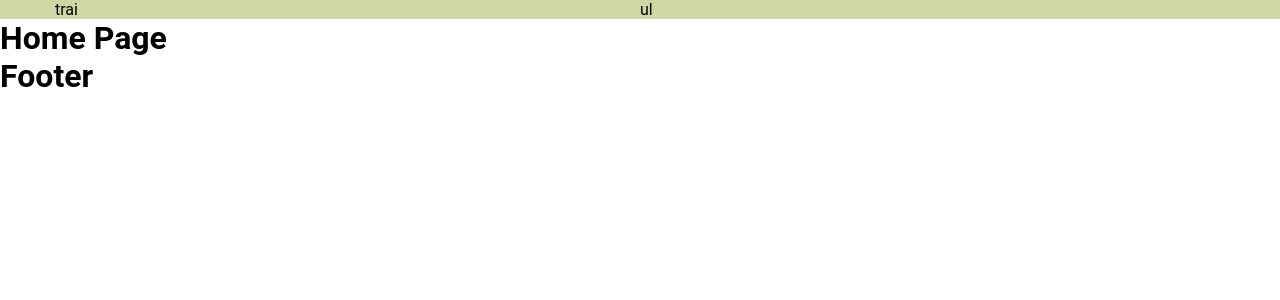
Repository: anhcanh1007/show_product
Page: /
An editor plug-in stored every save of this project. The page is shown before and after a run of saves, followed by the edit.
The browser window is 1280 px wide. The pictures show the whole page.
The project was rebuilt for these pictures with package versions that can differ from the ones it lists, and the page was loaded fresh each time. Imported but missing from the stored project, and not drawn on this page: src/pages/user/profilePage.

Above is the page before, as saved 2024-01-25 13:32:21.

### src/index.js
import React from "react";
import ReactDOM from "react-dom/client";
import { BrowserRouter } from "react-router-dom";
import RouterCustom from "./router";
import "./style/style.scss";

const root = ReactDOM.createRoot(document.getElementById("root"));
root.render(
  <BrowserRouter>
    <RouterCustom />
  </BrowserRouter>
);

// If you want to start measuring performance in your app, pass a function
// to log results (for example: reportWebVitals(console.log))
// or send to an analytics endpoint. Learn more: https://bit.ly/CRA-vitals

### src/router.js
import { ROUTERS } from "./utils/router";
import HomePage from "./pages/user/homePage";
import ProfilePage from "./pages/user/profilePage";
import { Route, Routes } from "react-router-dom";
import MasterLayout from "./pages/user/theme/masterLayout";

const renderUserRouter = () => {
  const userRouters = [
    {
      path: ROUTERS.USER.HOME,
      component: <HomePage />,
    },
    {
      path: ROUTERS.USER.PROFILE,
      component: <ProfilePage />,
    },
  ];

  return (
    <MasterLayout>
      <Routes>
        {userRouters.map((item, key) => (
          <Route key={key} path={item.path} element={item.component} />
        ))}
      </Routes>
    </MasterLayout>
  );
};

const RouterCustom = () => {
  return renderUserRouter();
};

export default RouterCustom;

### src/style/style.scss
@import './pages/all';

### src/utils/router.js
export const ROUTERS = {
  USER: {
    HOME: "",
    PROFILE: "thong-tin-ca-nhan",
  },
};

### src/pages/user/homePage/index.js
import { memo } from "react";

const HomePage = () => {
  return <h1>Home Page</h1>;
};

export default memo(HomePage);

### src/pages/user/theme/masterLayout/index.js
import { memo } from "react";
import Header from "../header";
import Footer from "../footer";

const MasterLayout = ({ children, ...props }) => {
  return (
    <div {...props}>
      <Header />
      {children}
      <Footer />
    </div>
  );
};

export default memo(MasterLayout);

### src/style/pages/_all.scss
@use "sass:map";
@import './theme';

html, body {
    margin: 0;
}

* {
    font-family: Roboto;
    padding: 0;
    margin: 0;
}

.container {
    max-width: 1170px;
    width: 100%;
    padding-left: 15px;
    padding-right: 15px;
    // background: map.get($theme-colors, "main");
    margin: auto;
}

.row {
    display: flex;
    flex-wrap: wrap;
}

.col-6 {
    flex: 0 0 50%;
    max-width: 50%;
}

### src/style/pages/_theme.scss
$theme-colors : (
    "main" : #008874,
)

### src/pages/user/theme/header/index.js
import { memo } from "react";
import "./style.scss";

const Header = () => {
  return (
    <>
      <div className="header__top">
        <div className="container">
          <div className="row">
            <div className="col-6">trai</div>
            <div className="col-6 header__top_right">
              ul
            </div>
          </div>
        </div>
      </div>
    </>
  );
};

export default memo(Header);

### src/pages/user/theme/footer/index.js
import { memo } from "react";

const Footer = () => {
  return (
    <>
      <h1>Footer</h1>
    </>
  );
};

export default memo(Footer);

### src/pages/user/theme/header/style.scss
.header__top{
    background-color: #CFD7A4;
}

Loaded but not shown: public/index.html (common file)

After the next 3 saves:
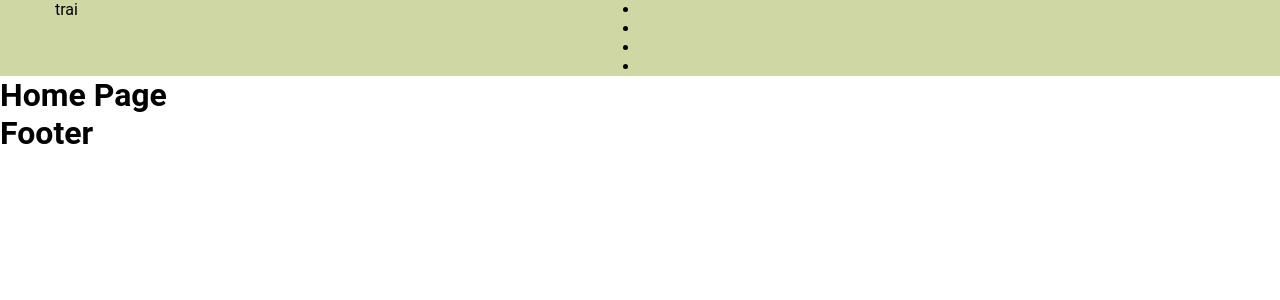
The 3 saves are shown as one change because they came seconds apart.
The last was saved 16 s later.
--- a/src/pages/user/theme/header/index.js
+++ b/src/pages/user/theme/header/index.js
@@ -9,7 +9,12 @@ const Header = () => {
           <div className="row">
             <div className="col-6">trai</div>
             <div className="col-6 header__top_right">
-              ul
+              <ul>
+                <li></li>
+                <li></li>
+                <li></li>
+                <li></li>
+              </ul>
             </div>
           </div>
         </div>
